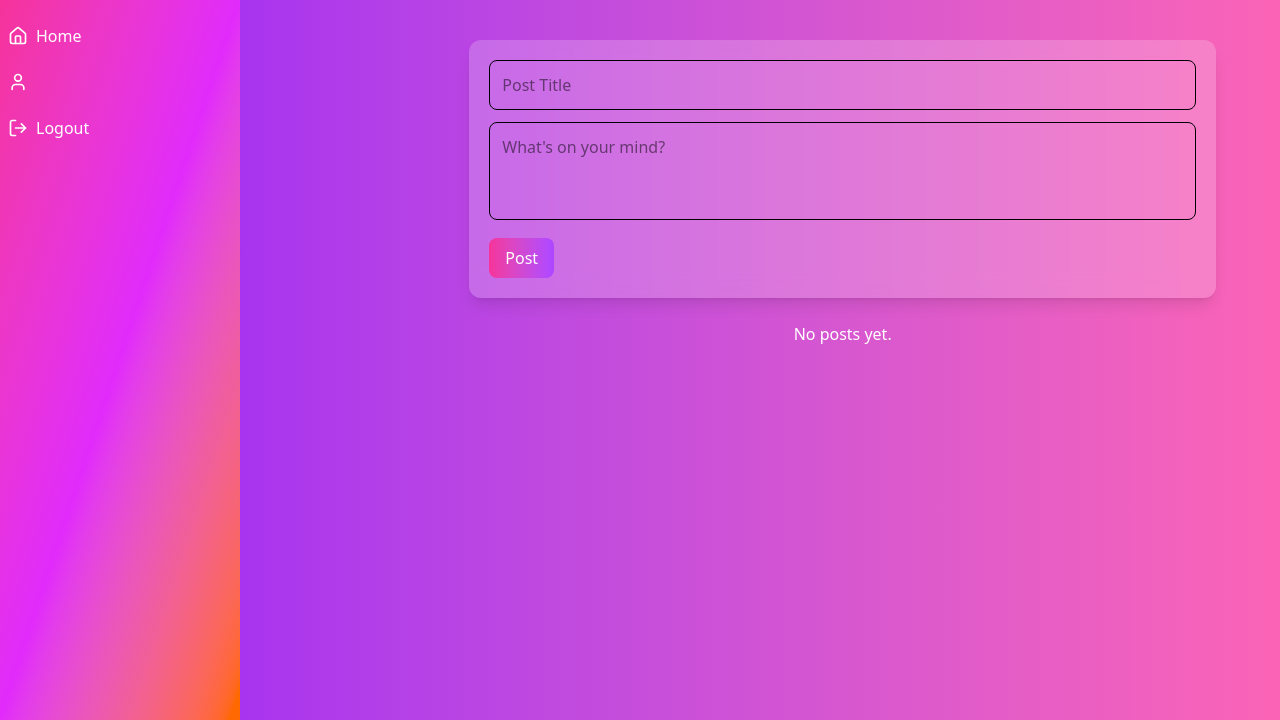
Repository: Tushal27/LinkdPlus-Frontend
Page: /Posts
The author's editor kept a copy of each file at every save. The page is drawn from the files as they stood at one save, then again after the next save.
The browser window is 1280 px wide. The pictures show the whole page.
The page's requests for data from a server got no answer. The project was rebuilt for these pictures with package versions that can differ from the ones it lists, and the page was loaded fresh each time. No one was signed in, and anything a server would have sent is missing. Also part of the build but not shown: vite.config.js, src/pages/Login.jsx, src/pages/Register.jsx, src/components/Navbar.jsx, src/components/Features.jsx, src/components/AboutUs.jsx, src/pages/HomePage.jsx, src/components/CommentsDrawer.jsx and 3 more.

Above is the page before, as saved 2025-08-15 00:31:41.

After the next save:
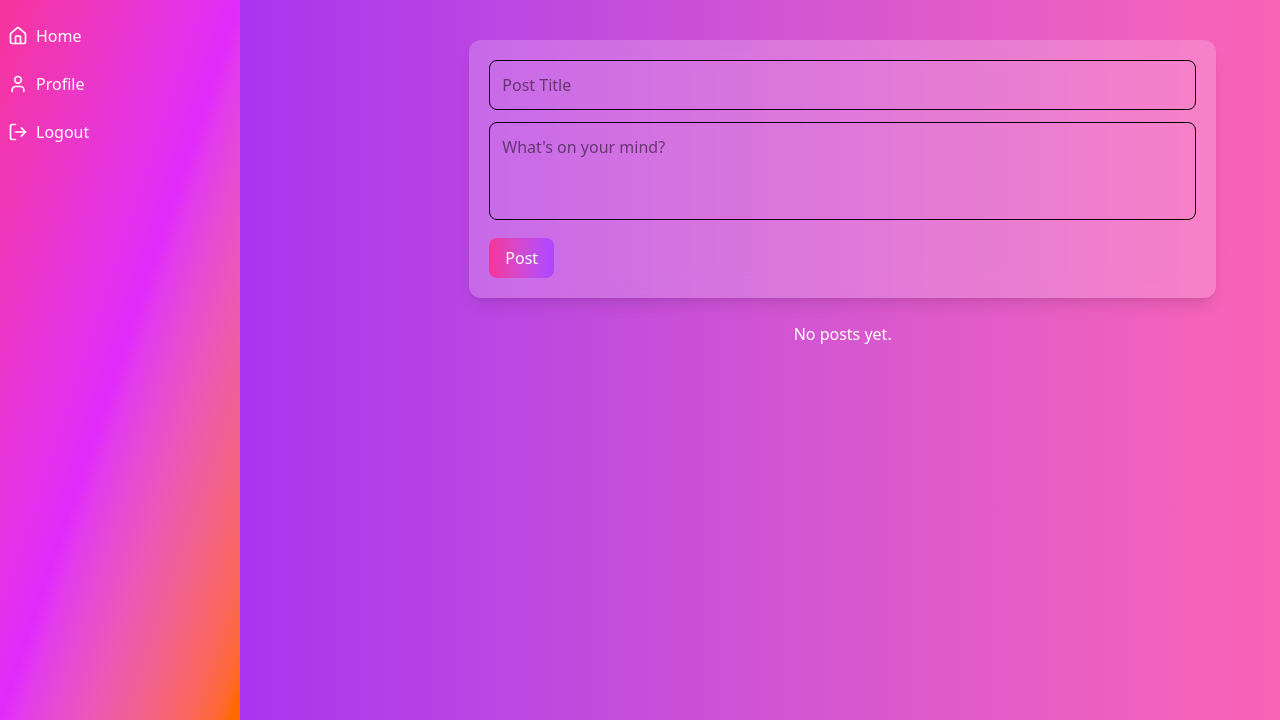
Saved 80 s later.
--- a/src/pages/Sidebar.jsx
+++ b/src/pages/Sidebar.jsx
@@ -22,7 +22,7 @@ export default function Sidebar() {
 
       <Link to="/profile" className="flex items-center gap-2 hover:opacity-80 transition">
         <User size={20} />
-        <span className="hidden :block text-md font-medium">Profile</span>
+        <span className="hidden lg:block text-md font-medium">Profile</span>
       </Link>
 
 
